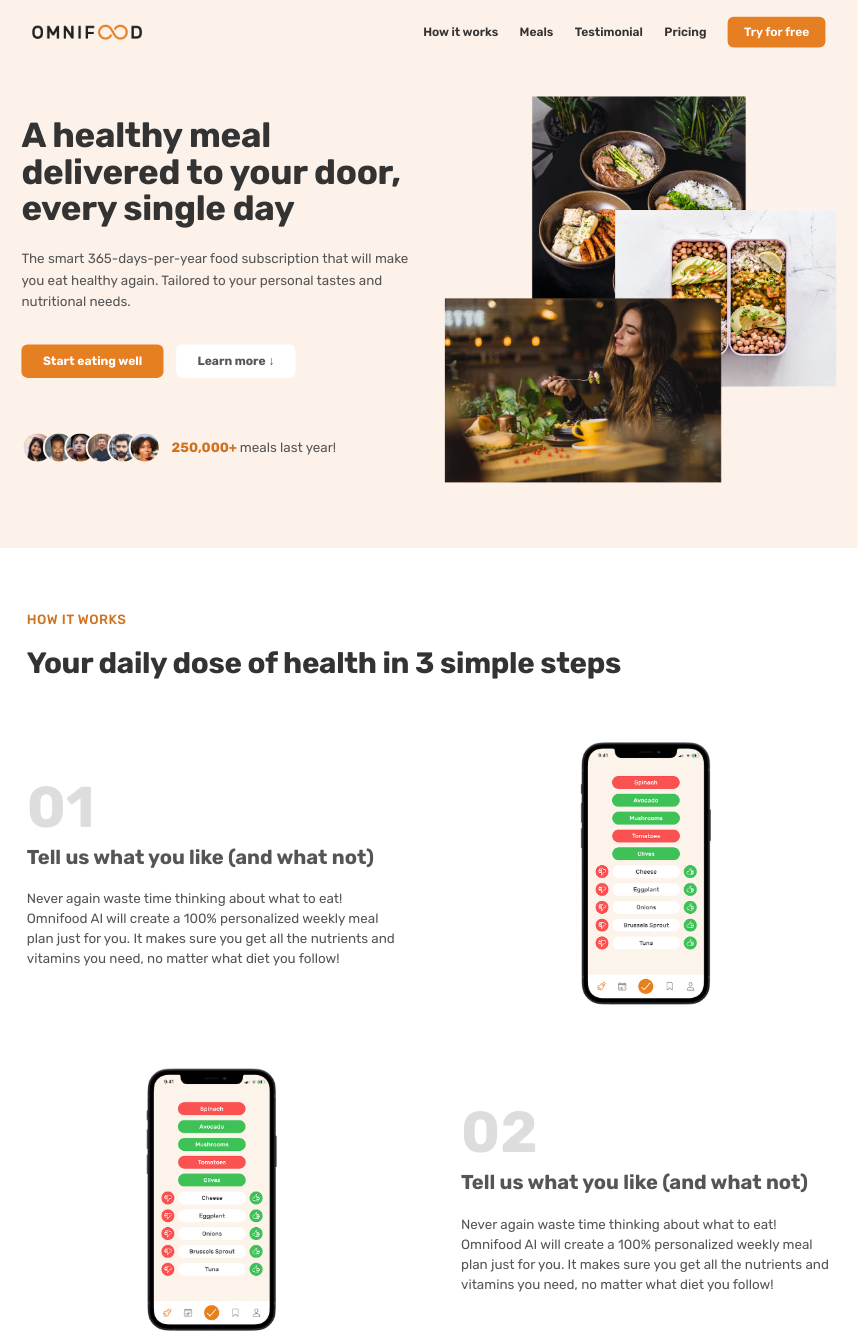
Repository: WefsCao/Omnifood
Page: index.html
These files come from the project's save history. The page is drawn as it stood at one moment and after the next save; the edit follows.
The browser window is 1280 px wide. The pictures show the whole page, at 67% of full size.

Above is the page before, as saved 2022-06-04 20:28:23.

After the next save:
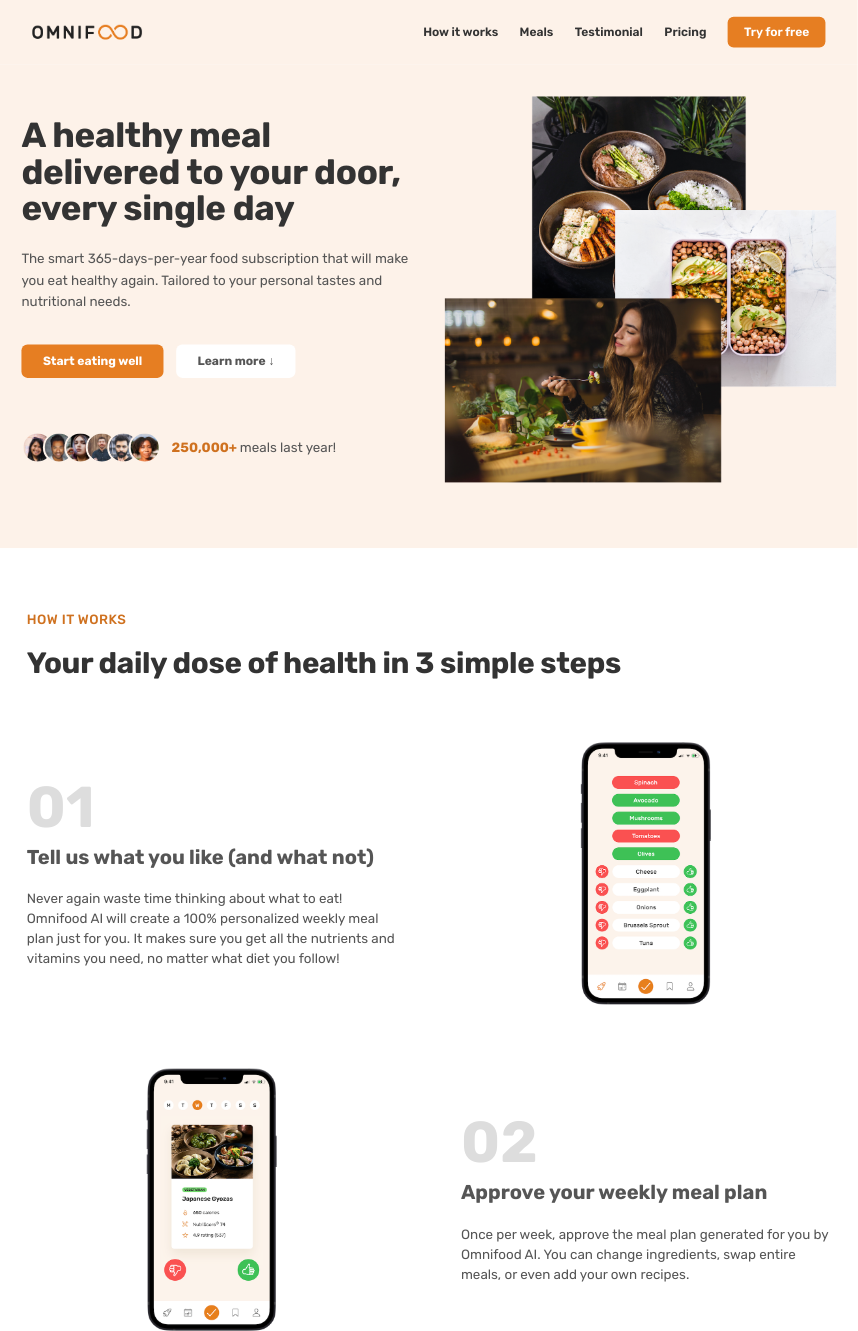
Saved 37 s later.
--- a/index.html
+++ b/index.html
@@ -97,18 +97,17 @@
           <div class="step-img-box">
             <img
               class="step-img"
-              src="img/app/app-screen-1.png"
-              alt="app screen 1"
+              src="img/app/app-screen-2.png"
+              alt="app screen 2"
             />
           </div>
           <div class="step-text-box">
             <div class="step-number">02</div>
-            <h3 class="step-heading">Tell us what you like (and what not)</h3>
+            <h3 class="step-heading">Approve your weekly meal plan</h3>
             <p class="step-text">
-              Never again waste time thinking about what to eat! Omnifood AI
-              will create a 100% personalized weekly meal plan just for you. It
-              makes sure you get all the nutrients and vitamins you need, no
-              matter what diet you follow!
+              Once per week, approve the meal plan generated for you by Omnifood
+              AI. You can change ingredients, swap entire meals, or even add
+              your own recipes.
             </p>
           </div>
         </div>
